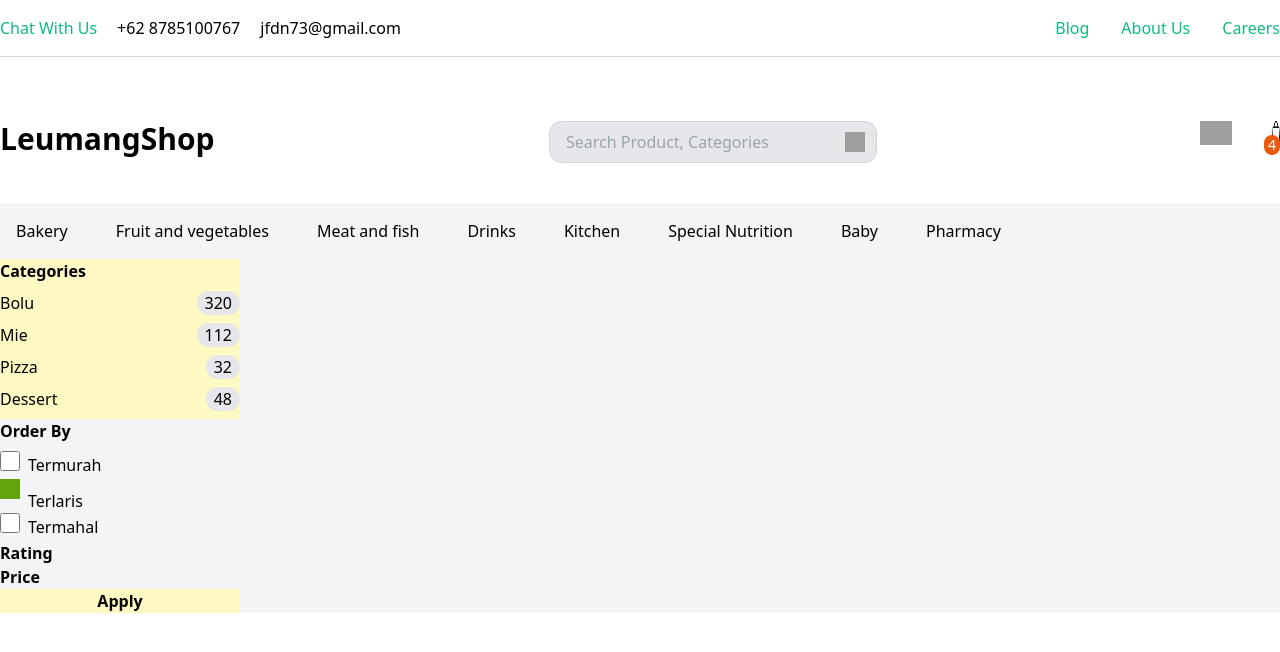
Repository: jafetdn73/ecommerce-tailwind
Page: /
The author's editor kept a copy of each file at every save. The page is drawn from the files as they stood at one save, then again after the next save.
The browser window is 1280 px wide. The pictures show the whole page.
Pictures or frames that could not be fetched are drawn as grey boxes. The project was rebuilt for these pictures with package versions that can differ from the ones it lists, and the page was loaded fresh each time. Also part of the build but not shown: src/App.css.

Above is the page before, as saved 2022-03-13 23:13:05.

### src/App.js
import "./App.css";

function App() {
  return (
    <div className="bg-white container mx-auto">
      <div className="flex justify-between py-4 border-b border-gray-300">
        <div className="flex gap-5">
          <a href="http://google.com" className="text-emerald-500">
            Chat With Us
          </a>
          <a href="http://facebook.com">+62 8785100767</a>
          <a href="http://ggogl.com">jfdn73@gmail.com</a>
        </div>

        <div className="">
          <ul className="flex gap-8 text-emerald-500">
            <li>Blog</li>
            <li>About Us</li>
            <li>Careers</li>
          </ul>
        </div>
      </div>

      <div className="flex justify-between mt-16">
        <h1 className="text-3xl font-bold">LeumangShop</h1>
        <div className="flex w-full justify-center items-center">
          <input
            type="text"
            placeholder="Search Product, Categories"
            className="w-1/3 border border-gray-300 bg-gray-200 rounded-xl pl-4 py-2"
          />
          <img src="/images/search-icon.png" alt="search" className="w-5 h-5 -ml-8"/>
        </div>
        <div className="flex gap-10">
          <img src="/images/user-icon.png" alt="user" className="w-8 h-6"/>
          <div className="relative">
            <img src="/images/cart-icon.png" alt="icon" className="w-8 h-6"/>
            <label className="absolute bottom-2 -left-2 bg-orange-600 text-white py-0.25 px-1 rounded-full text-sm">4</label>
          </div>
        </div>
      </div>

      <div className="bg-gray-100 mt-10 py-4 pl-4 text-base font-medium">
        <ul className="flex gap-12">
          <li>Bakery</li>
          <li>Fruit and vegetables</li>
          <li>Meat and fish</li>
          <li>Drinks</li>
          <li>Kitchen</li>
          <li>Special Nutrition</li>
          <li>Baby</li>
          <li>Pharmacy</li>
        </ul>
        </div>

      {/* Container Wrapper */}
      <div className="bg-gray-100">
        {/* Side Bar Container */}
        <div className="flex flex-col w-60 bg-yellow-100" >
          {/* Categories Container */}
          <div className="flex flex-col">
            <h1 className="font-bold text-base mb-2">Categories</h1>
            <ul>
              <div className="flex justify-between">
                <li>Bolu</li><label className="mb-2 bg-gray-200 pl-2 pr-2 rounded-xl">320</label>
              </div>
              <div className="flex justify-between">
                <li>Mie</li><label className="mb-2 bg-gray-200 pl-2 pr-2 rounded-xl">112</label>
              </div>
              <div className="flex justify-between">
                <li>Pizza</li><label className="mb-2 bg-gray-200 pl-2 pr-2 rounded-xl">32</label>
              </div>
              <div className="flex justify-between">
                <li>Dessert</li><label className="mb-2 bg-gray-200 pl-2 pr-2 rounded-xl">48</label>
              </div>
            </ul>
          </div>
          {/* Order By Categories */}
          <div className="bg-gray-100 flex flex-col">
            <h1 className="font-bold mb-2">Order By</h1>
           <div>
             <input type="checkbox" className="bg-white checked:bg-lime-600 w-5 h-5 mr-2 mb-2">
               </input>
               <label >Termurah</label>
          </div>
          <div>
            <input type="checkbox"  className="appearance-none bg-lime-600 w-5 h-5 mr-2 mb-2"></input>
            <label>Terlaris</label>
          </div>
          <div>
            <input type="checkbox"  className="bg-lime-600 w-5 h-5 mr-2 mb-2"></input><label>Termahal</label>
          </div>
          </div>
          {/* Rating Container */}
          <div className="bg-gray-100">
          <h1 className="font-bold">Rating</h1>
          </div>
          {/* Price Container */}
          <div className="bg-gray-100">
          <h1 className="font-bold">Price</h1>
          </div>
          <button className="font-bold">Apply</button>
        </div>
        <div className="bg-gray-100">
          <div className="bg-yellow-100">
          </div>
        </div>
      </div>



    </div>
  );
}

export default App;

Loaded but not shown: public/index.html (common file); src/index.js (common file); src/index.css (common file); src/reportWebVitals.js (common file); tailwind.config.js (common file)

After the next save:
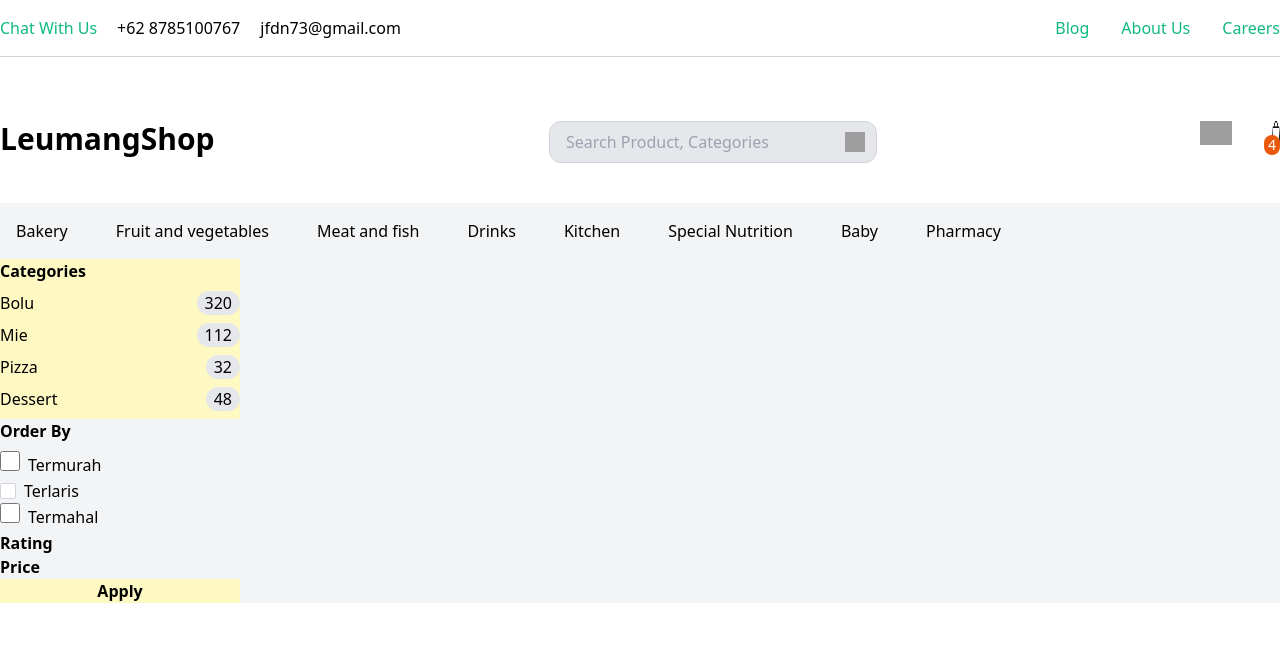
Saved 68 s later.
--- a/src/App.js
+++ b/src/App.js
@@ -84,7 +84,7 @@ function App() {
                <label >Termurah</label>
           </div>
           <div>
-            <input type="checkbox"  className="appearance-none bg-lime-600 w-5 h-5 mr-2 mb-2"></input>
+            <input type="checkbox"  className="appearance-none h-4 w-4 border border-gray-300 rounded-sm bg-white checked:bg-blue-600 checked:border-blue-600 focus:outline-none transition duration-200 mt-1 align-top bg-no-repeat bg-center bg-contain float-left mr-2 cursor-pointer"></input>
             <label>Terlaris</label>
           </div>
           <div>
